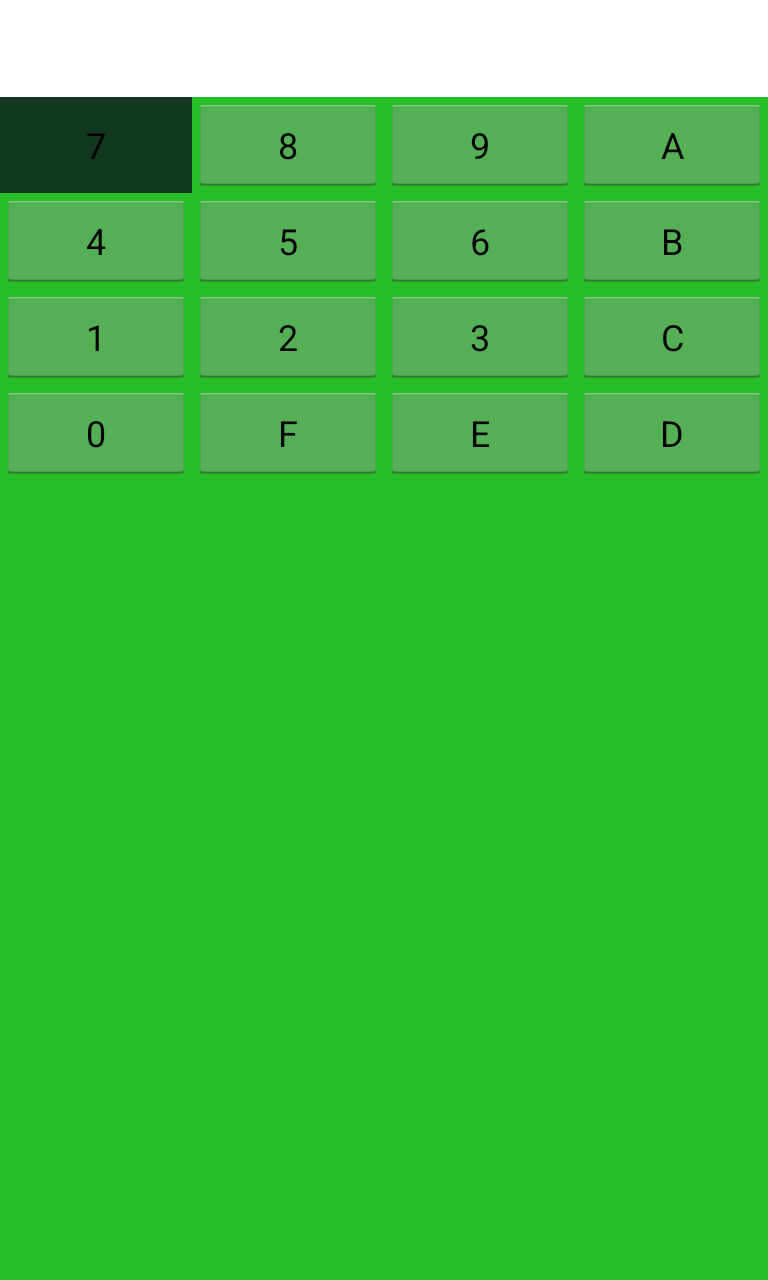
Repository: RamDion/BSIT_Calculator
Layout: CcsCalcu/res/layout/activity_calculator.xml
An editor plug-in stored every save of this project. The layout is shown before and after the next save, followed by the edit.
It is drawn on a 768 x 1280 px phone screen (xhdpi) without system bars, with theme AppTheme; the app's code is not run.

Above is the layout before, as saved 2014-09-04 05:15:41.

After the next save:
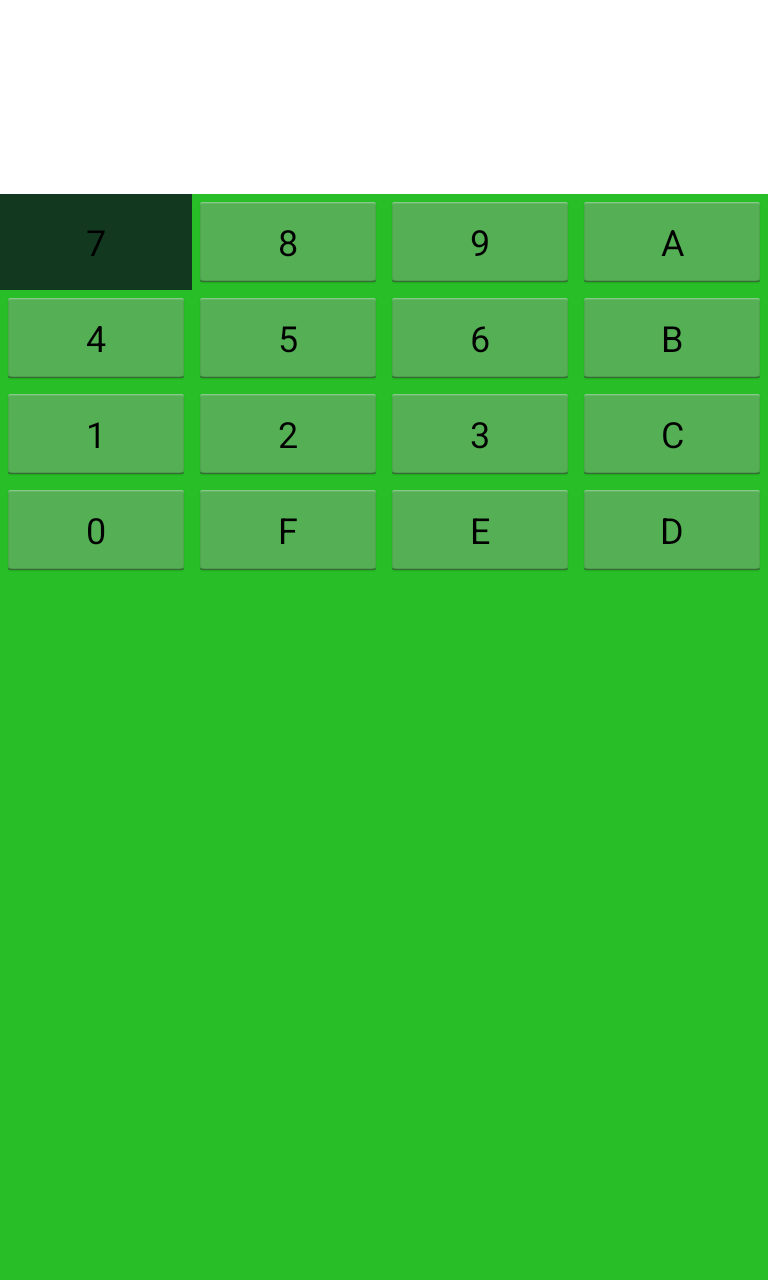
Saved 12 s later.
--- a/CcsCalcu/res/layout/activity_calculator.xml
+++ b/CcsCalcu/res/layout/activity_calculator.xml
@@ -30,13 +30,21 @@
         </TableRow>
 
         <TableRow
-            android:id="@+id/tableRow10"
+            android:id="@+id/tableRow1"
             android:layout_width="fill_parent"
             android:layout_height="wrap_content"
              >
 
+            <EditText
+                android:id="@+id/calc_screen"
+                android:background="#ffffff"
+                android:layout_weight="1"
+                android:layout_width="0dip"
+                android:layout_height="wrap_content"
+                android:textSize="36sp"
+                android:inputType="none" >
 
-
+            </EditText>
 
         </TableRow>
 
